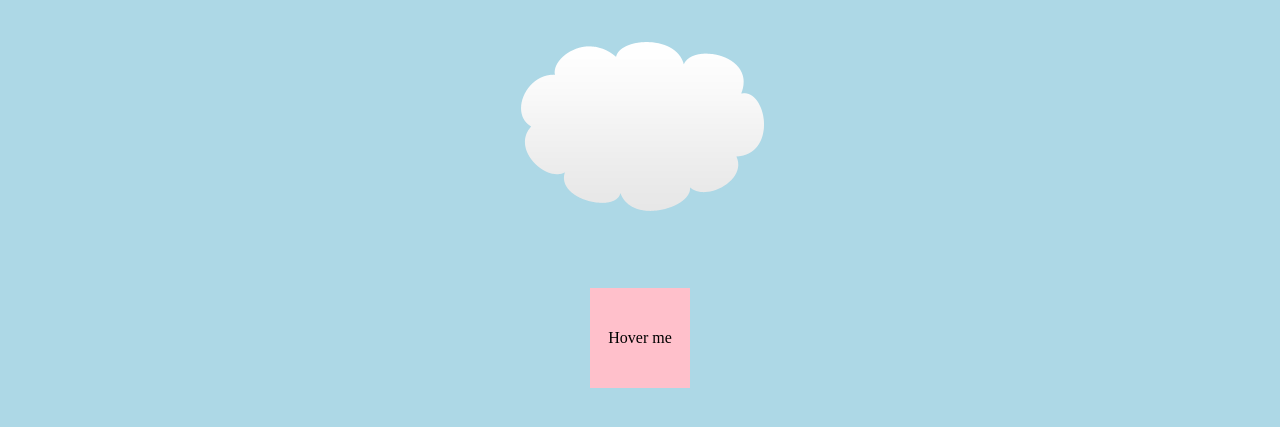
Repository: RemModz/Animacja-Mario
Page: index.html
An editor plug-in stored every save of this project. The page is shown before and after the next save, followed by the edit.
The browser window is 1280 px wide. The pictures show the whole page.

Above is the page before, as saved 2018-11-08 18:43:10.

After the next save:
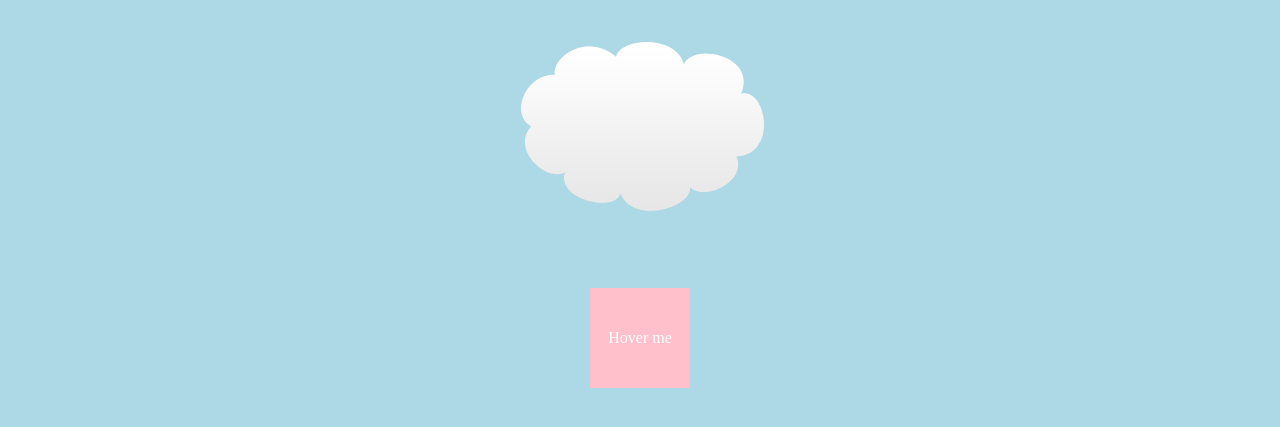
Saved 2 min 3 s later.
--- a/style.css
+++ b/style.css
@@ -17,5 +17,9 @@
   padding: 50px 0;
   line-height: 0;
   margin: 60px auto;
-  background: pink
+  background: pink;
+  color: white;
+  border radius: 50px;
+  cursor: pointer;
+
 }
